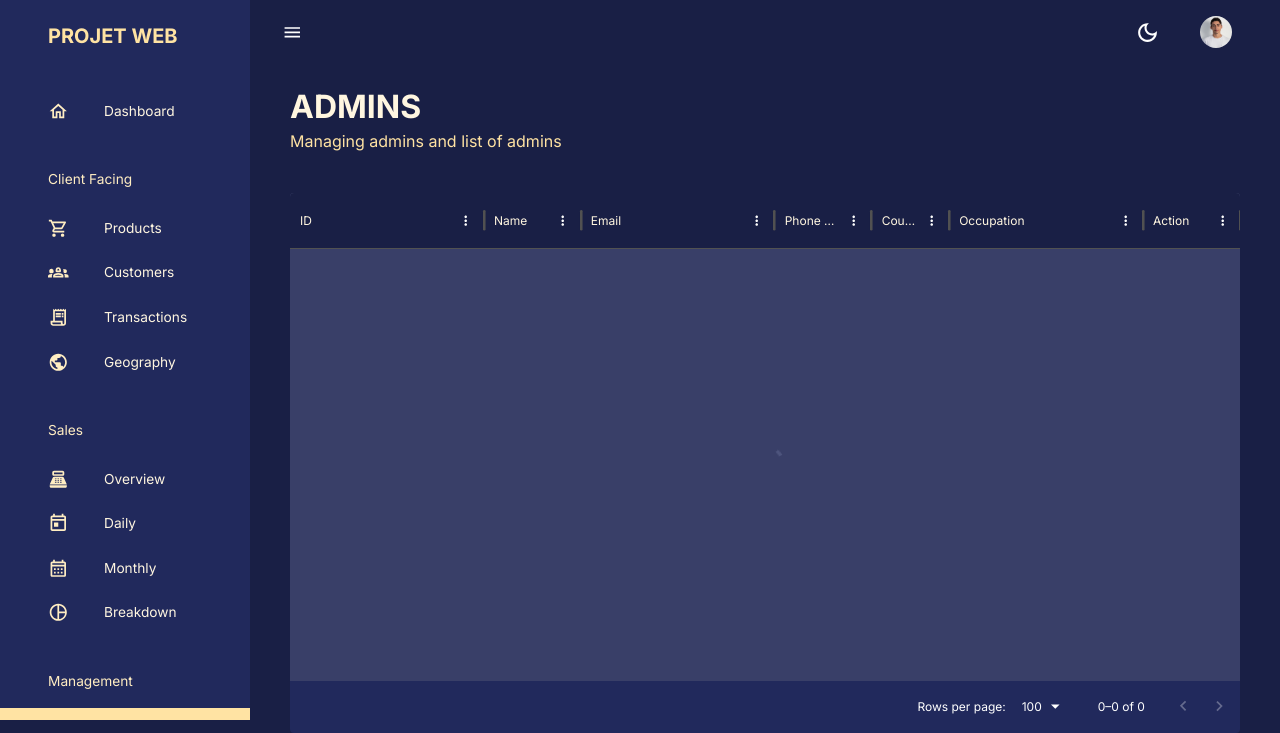
Repository: Alexiserenity/MERN-Dashboard
Page: /admin (app in client/)
These files come from the project's save history. The page is drawn as it stood at one moment and after a run of saves; the edit follows.
The browser window is 1280 px wide. The pictures show the whole page.
The page's requests for data from a server got no answer. The project was rebuilt for these pictures with package versions that can differ from the ones it lists, and the page was loaded fresh each time. No one was signed in, and anything a server would have sent is missing. Also part of the build but not shown: client/src/components/BreakdownChart.jsx, client/src/components/OverviewChart.jsx, client/src/components/StatBox.jsx, client/src/scenes/dashboard/index.jsx, client/src/scenes/products/index.jsx, client/src/scenes/customers/index.jsx, client/src/components/DataGridCustomToolbar.jsx, client/src/scenes/transactions/index.jsx and 8 more.

Above is the page before, as saved 2022-12-24 12:21:32.

After the next 2 saves:
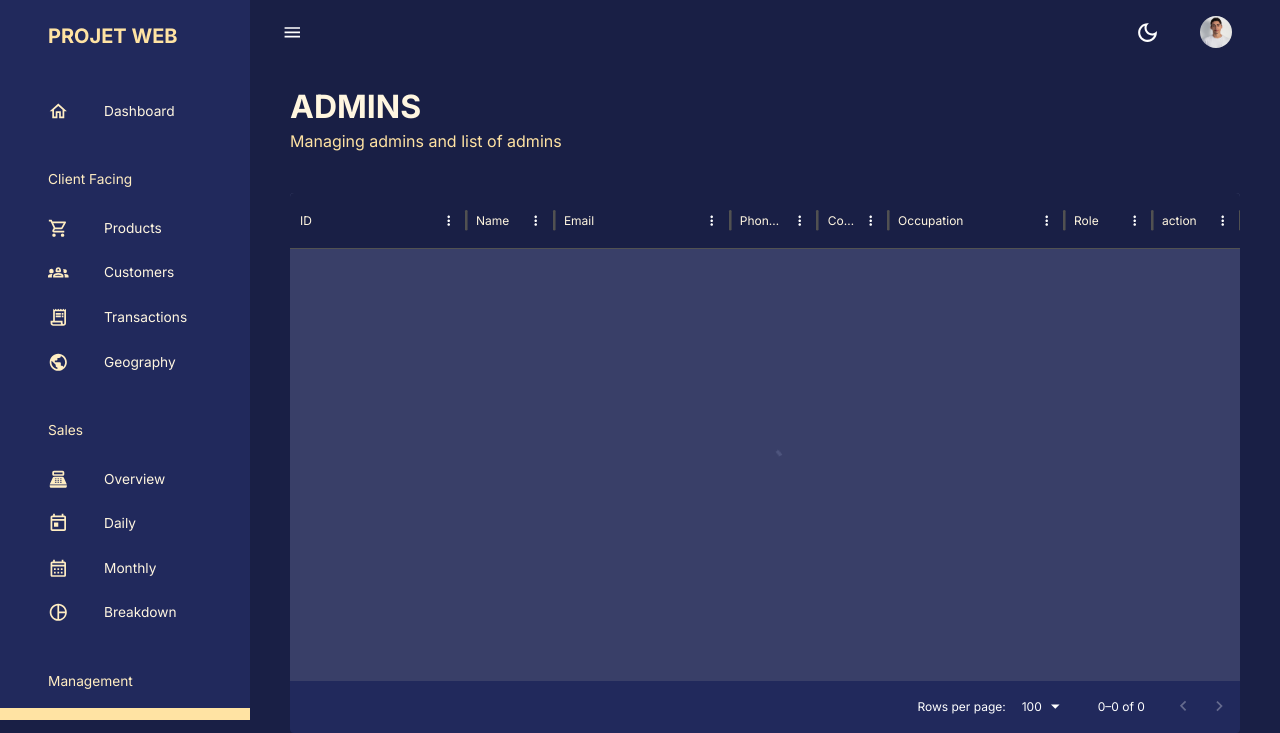
The 2 saves are shown as one change because 1 did not build or start.
The last was saved 2 min 14 s later.
--- a/client/src/scenes/admin/index.jsx
+++ b/client/src/scenes/admin/index.jsx
@@ -45,7 +45,12 @@ const Admin = () => {
     },
     {
       field: "role",
-      headerName: "Action",
+      headerName: "Role",
+      flex: 0.5,
+    },
+    {
+      field: "Action",
+      headerName: "action",
       flex: 0.5,
     },
   ];
